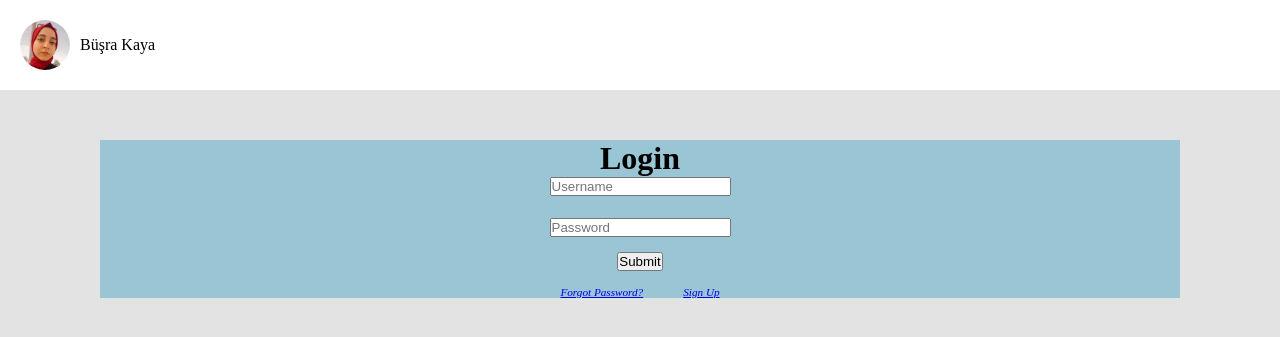
Repository: busra-kayaa/LoginPage
Page: login.html
These files come from the project's save history. The page is drawn as it stood at one moment and after the next save; the edit follows.
The browser window is 1280 px wide. The pictures show the whole page.

Above is the page before, as saved 2023-12-29 14:21:45.

### login.html
<!DOCTYPE html>
<html>
    <head>
        <title>Login Page</title>
        <link rel="stylesheet" href="./style.css" type="text/css"/>
    </head>
    <body>
        <div class="header-container">
            <div class="header-left-side-container">
                <img
                    src="./busra.jpg"
                    width="50px"
                    height="50px"
                    class="logo"
                />
                <div class="header-left-container-title">
                    <span>
                        Büşra Kaya
                    </span>
                </div>
            </div>
        </div>
        <div class="login-from-container">
          <div class ="login-text"><h1>Login</h1></div>
            <div class="input-group1">
                <i class="fa fa-user"></i>
                <input
                    type="text"
                    placeholder="Username"
                    class="input-text"
                    autocomplete="off"
                />
            </div>
            <div class="input-group2">
                <i class="fa fa-unclok-alt"></i>
                <input
                    type="password"
                    placeholder="Password"
                    class="input-text"
                    autocomplete="off"
                />
            </div>
            <div class="subgroup">
                <div class="button-group" id="login-button">
                    <button onclick="alert('Bilgileriniz Başarıyla Alınmıştır.')">Submit</button>
                </div>
                <div class="footer">
                    <a href="#" target="_blank">Forgot Password? </a>
                    <a href="#" target="_blank">Sign Up</a>
                </div>
            </div>
        </div>
    </body>
</html>

### style.css

* {
    padding: 0;
    margin: 0;
}

body {
    background-color: #e3e3e3;
}

.header-container {
    justify-content: space-between;
    background-color: #ffffff;
    flex-direction: row;
    align-items: center;
    padding: 20px;
    display: flex;
}

.header-left-side-container {
    flex-direction: row;
    align-items: center;
    display: flex;
}

.logo {
    border-radius: 50%;
    margin-right: 10px;
}

.header-desc-container {
    display: flex;
    flex-direction: column;
}

.header-title {
    font-weight: bold;
    font-size: 24px;
    margin-bottom: 5px;
}

.header-content {
    font-weight:normal;
    font-size: 18px;
    color:rgb(0, 0, 0);
}

.login-from-container {
    background-color: rgb(153, 197, 212);
    flex-direction: column;
    align-items: center;
    text-align: center;
    display: flex;
    margin: 50px 50px;
    margin-right: 100px;
    margin-left: 100px;

}

.login-text {
}

.input-group1 {
    margin-bottom: 1%;
}

.input-group2 {
    margin-top: 1%;
}

.button-group {
    color: black ;
    border: none;
    color: white;
    text-align: center;
    text-decoration: none;
    display: inline-block;
    font-size: 16px;
    margin: 15px 2px;
    cursor: pointer;
}

.footer {
    display: flex;
    flex-direction: raw;
    gap: 40px;
    font-size: 70%;
    font-style: italic;
}

After the next save:
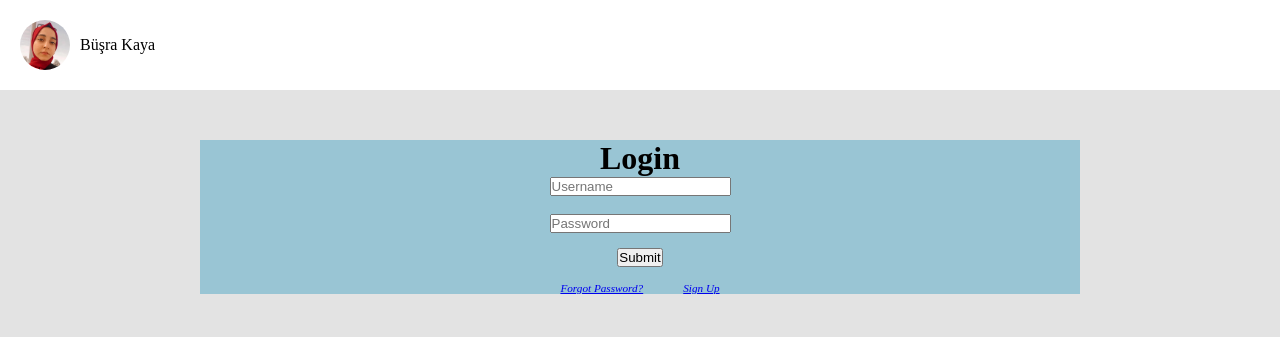
Saved 6 s later.
--- a/style.css
+++ b/style.css
@@ -52,8 +52,8 @@ body {
     text-align: center;
     display: flex;
     margin: 50px 50px;
-    margin-right: 100px;
-    margin-left: 100px;
+    margin-right: 200px;
+    margin-left: 200px;
 
 }
 
